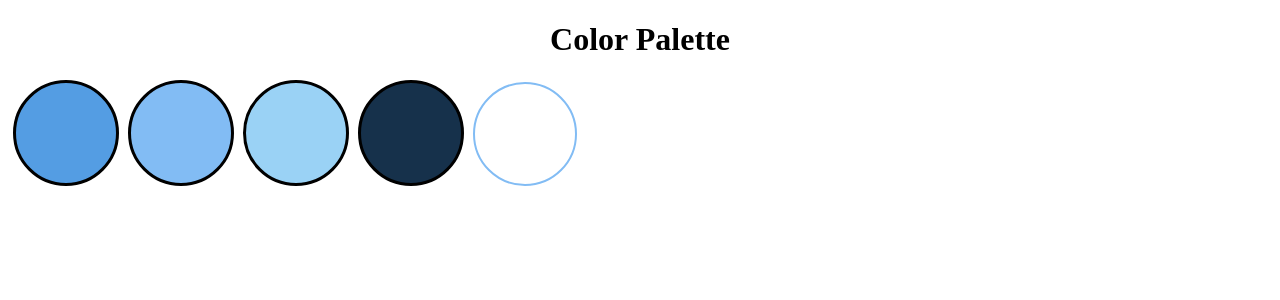
Repository: Pureum309/style_guide
Page: colorpaletteTypo.html
The author's editor kept a copy of each file at every save. The page is drawn from the files as they stood at one save, then again after the next save.
The browser window is 1280 px wide. The pictures show the whole page.

Above is the page before, as saved 2022-03-03 20:29:24.

### colorpaletteTypo.html
<!DOCTYPE html>
<html lang="en">
<head>
    <meta charset="UTF-8">
    <meta http-equiv="X-UA-Compatible" content="IE=edge">
    <meta name="viewport" content="width=device-width, initial-scale=1.0">
    <link rel="stylesheet" href="main.css"
    <title></title>
</head>
<body>
    <h1 style="text-align: center;">Color Palette</h1>
    <div id ="circle1"></div>
    <div id ="circle2"></div>
    <div id ="circle3"></div>
    <div id ="circle4"></div>
    <div id ="circle5"></div>
</body>
</html>

### main.css
div {
    display: inline-block;
    margin-left: 5px;
    height: 40px;
    width: 100px;
    border-radius: 05%;
    border: 3px solid black;
    text-align: center;
}



#circle1 {
    width: 100px;
    height: 100px;
    background: #549DE3;
    border-radius: 50%;
}

#circle2 {
    width: 100px;
    height: 100px;
    background: #82BCF4;
    border-radius: 50%;
}

#circle3 {
    width: 100px;
    height: 100px;
    background: #9AD2F5;
    border-radius: 50%;
}

#circle4 {
    width: 100px;
    height: 100px;
    background: #16314B;
    border-radius: 50%;
}

#circle5 {
    width: 100px;
    height: 100px;
    background: #FFFFFF;
    border-radius: 50%;
    border: 2px solid #82BCF4;
}

After the next save:
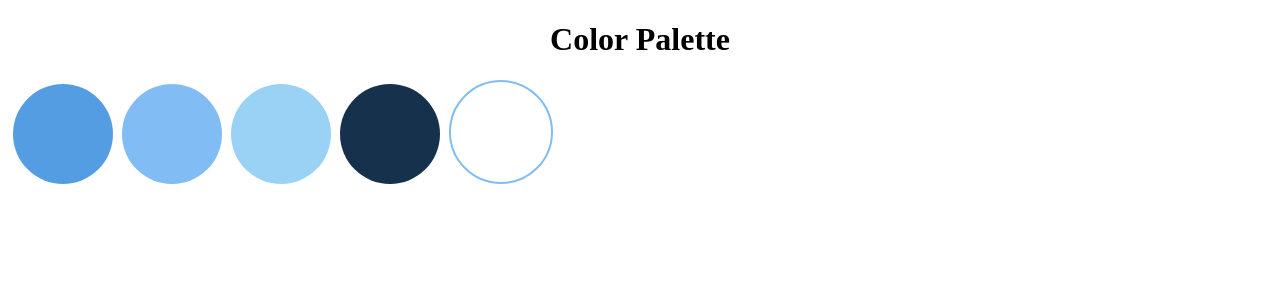
Saved 29 s later.
--- a/main.css
+++ b/main.css
@@ -4,7 +4,6 @@ div {
     height: 40px;
     width: 100px;
     border-radius: 05%;
-    border: 3px solid black;
     text-align: center;
 }
 
